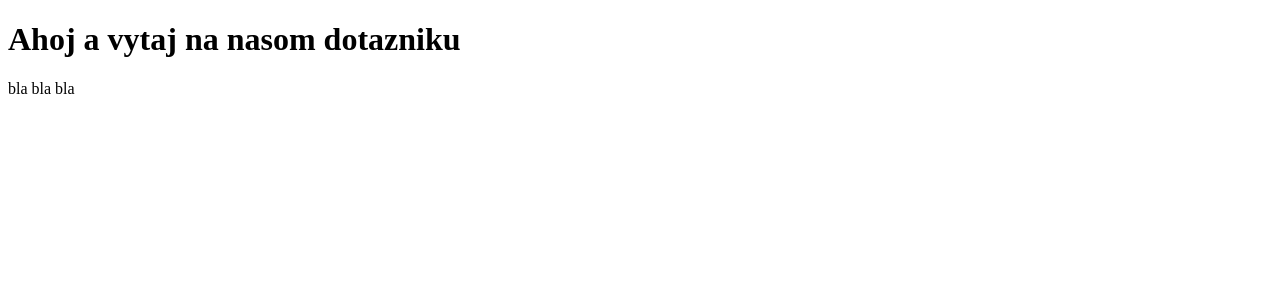
Repository: fojutoro/cyber-security-team-1
Page: website/index.html
These files come from the project's save history. The page is drawn as it stood at one moment and after the next save; the edit follows.
The browser window is 1280 px wide. The pictures show the whole page.

Above is the page before, as saved 2022-11-10 09:25:57.

After the next save:
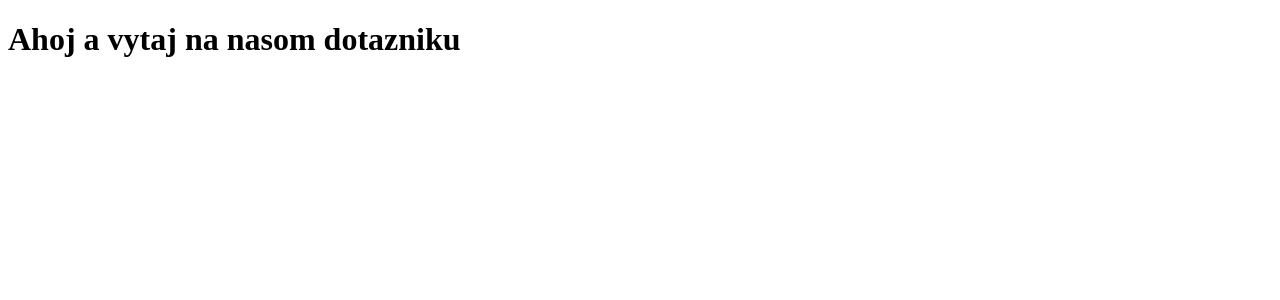
Saved 7 s later.
--- a/website/index.html
+++ b/website/index.html
@@ -8,6 +8,5 @@
 </head>
 <body>
     <h1>Ahoj a vytaj na nasom dotazniku</h1>
-    <p>bla bla bla</p>
 </body>
 </html>
